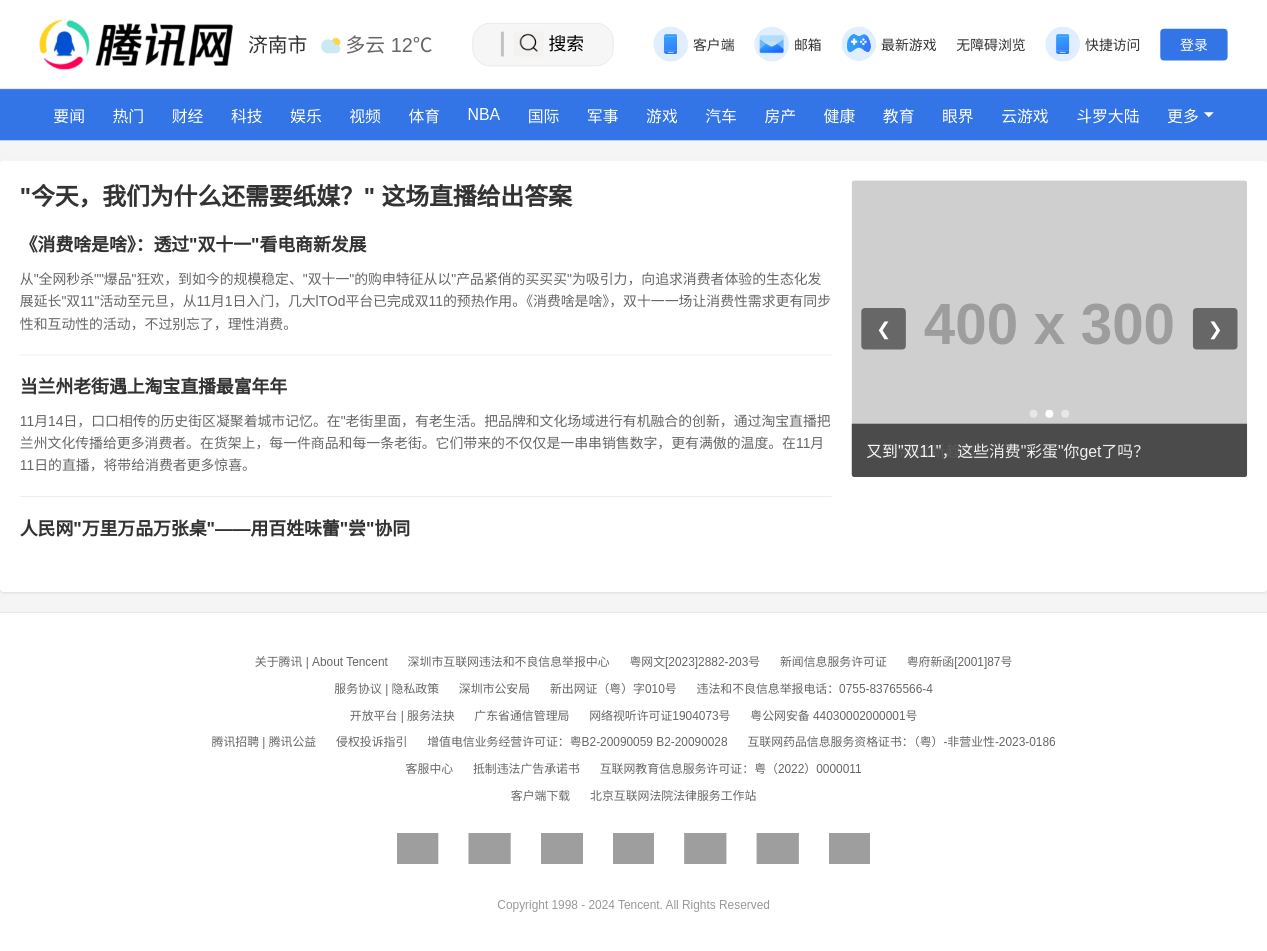
Repository: huang-heavenly-Emperor/xszy_TencentNews
Page: index.html
The author's editor kept a copy of each file at every save. The page is drawn from the files as they stood at one save, then again after the next save.
The browser window is 1280 px wide. The pictures show the whole page, at 99% of full size.
Pictures or frames that could not be fetched are drawn as grey boxes. The style sheet was rebuilt from its Sass, Less or Tailwind sources for each picture, by a compiler version that may differ from the author's.

Above is the page before, as saved 2024-11-22 18:40:08.

After the next save:
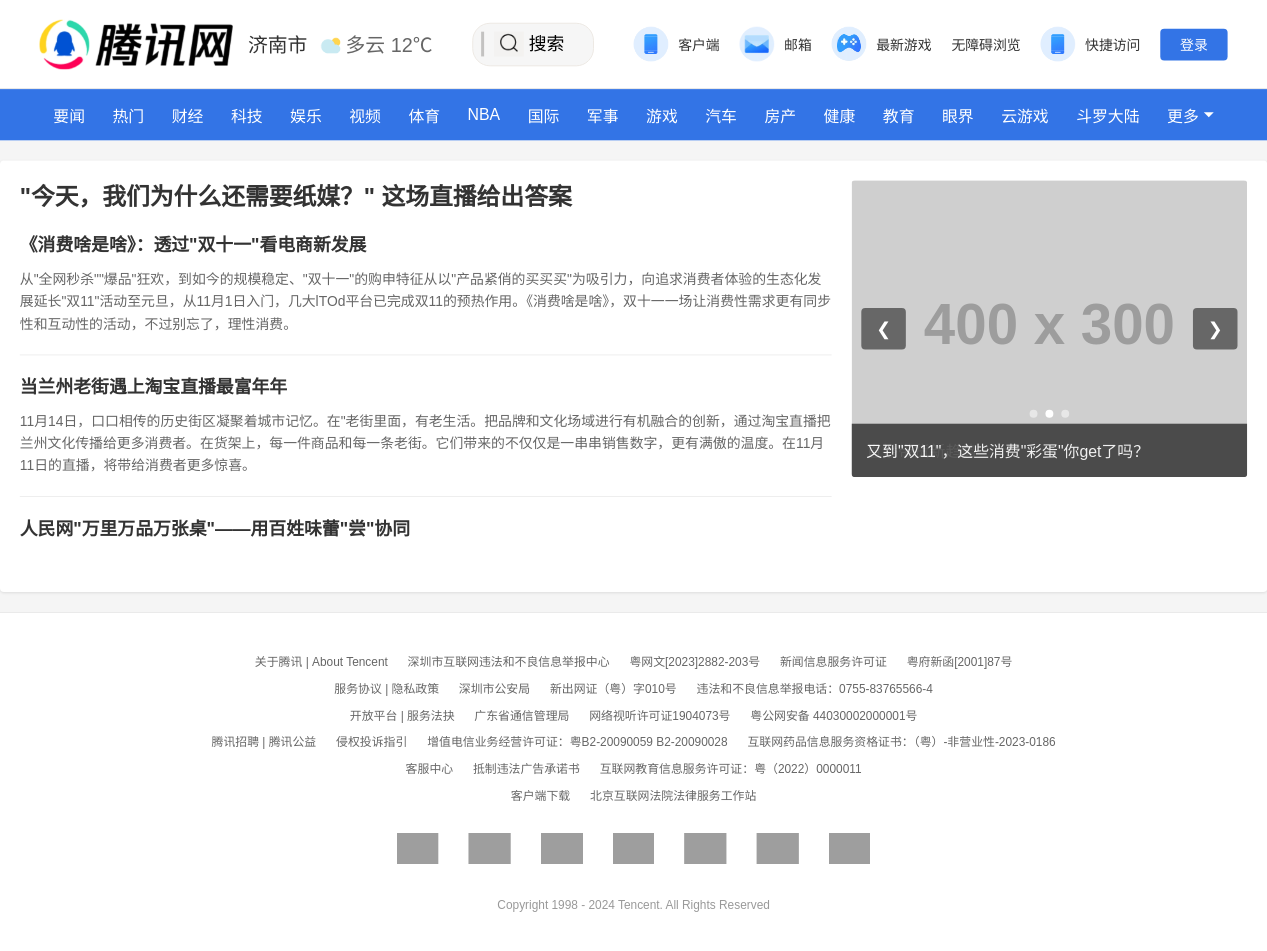
Saved 6 s later.
--- a/assets/css/style.scss
+++ b/assets/css/style.scss
@@ -158,7 +158,7 @@
             img {
                 width: 35px;
                 height: 35px;
-                margin-right: 5px;
+                margin-right: 10px;
             }
         }
     }
